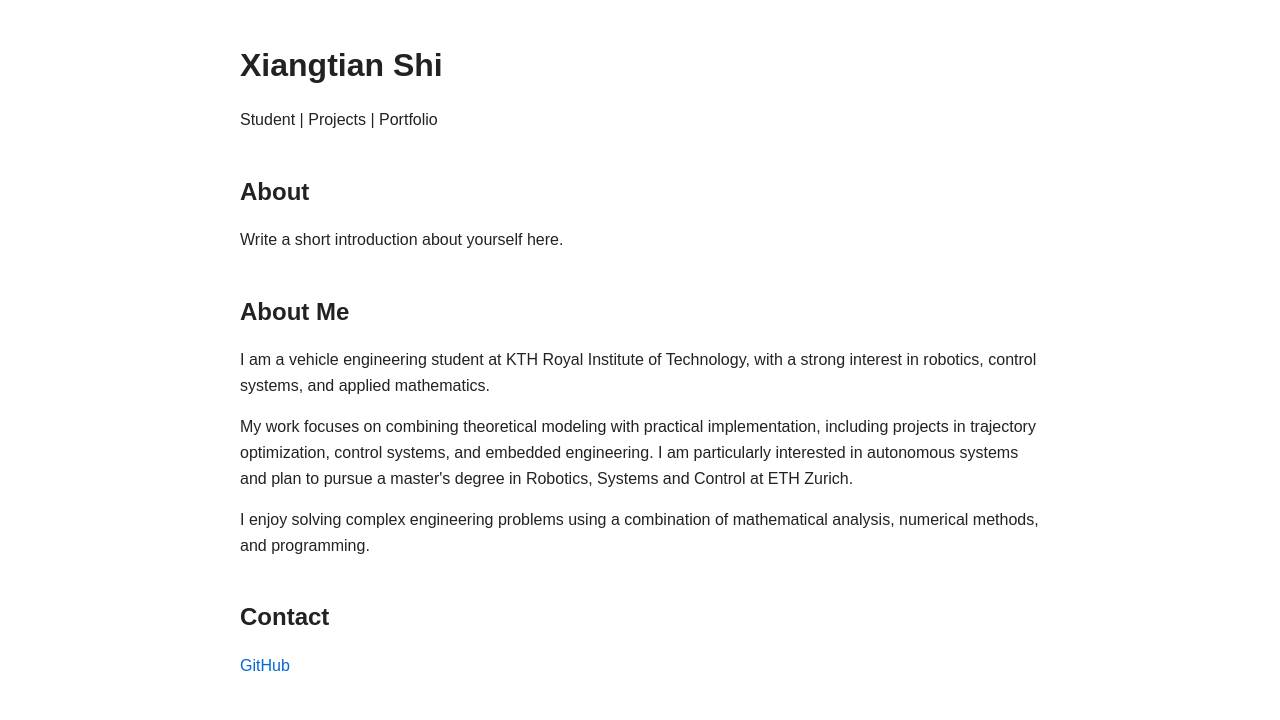
Repository: xitisch/xitisch.github.io
Page: index.html
An editor plug-in stored every save of this project. The page is shown before and after the next save, followed by the edit.
The browser window is 1280 px wide. The pictures show the whole page.

Above is the page before, as saved 2026-04-21 22:04:27.

After the next save:
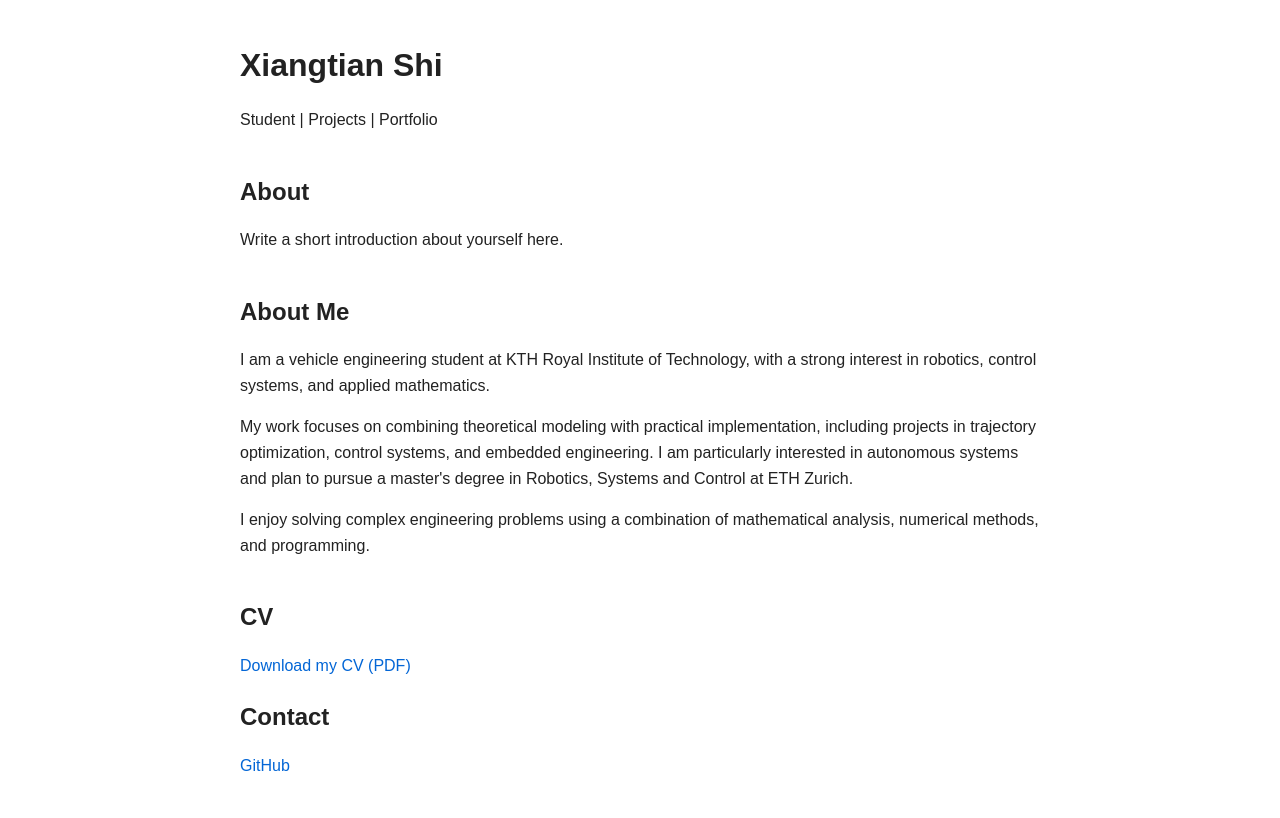
Saved 51 s later.
--- a/index.html
+++ b/index.html
@@ -45,10 +45,13 @@
     mathematical analysis, numerical methods, and programming.
     </p>
   </div>
-
   <div class="section">
+    <h2>CV</h2>
+    <p>
+      <a href="XiangtianShi_CV.pdf" target="_blank">Download my CV (PDF)</a>
+    </p>
     <h2>Contact</h2>
-    <p><a href="https://github.com/yourusername">GitHub</a></p>
+    <p><a href="https://www.linkedin.com/in/xiangtian-shi-5ab47428b/">GitHub</a></p>
   </div>
 </body>
 </html>
